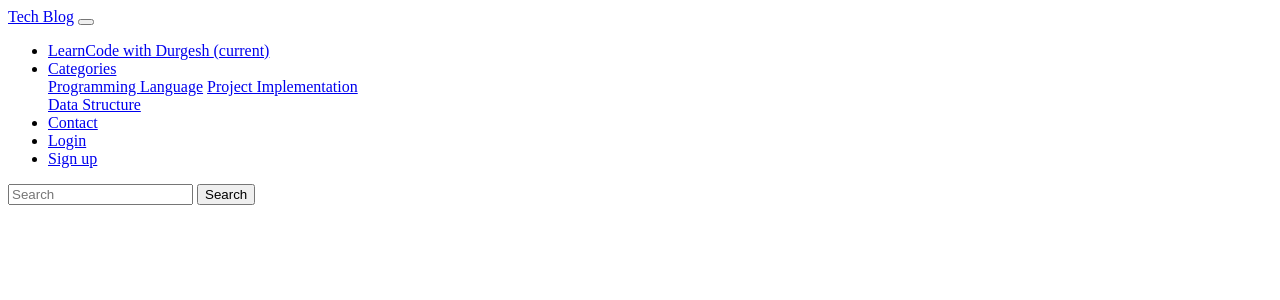
Repository: Tejas-2408/Tech-Blog
Page: http://localhost/Techblog/normal_navbar.jsp
These files come from the project's save history. The page is drawn as it stood at one moment and after the next save; the edit follows.
The browser window is 1280 px wide. The pictures show the whole page.
The page is served by Tomcat 9. Other server files are loaded and not shown.

Above is the page before, as saved 2022-08-04 06:51:16.

### Techblog/WebContent/normal_navbar.jsp
<nav class="navbar navbar-expand-lg navbar-dark primary-background">
    <a class="navbar-brand" href="index.jsp"> <span class="fa fa-asterisk"></span>   Tech Blog</a>
    <button class="navbar-toggler" type="button" data-toggle="collapse" data-target="#navbarSupportedContent" aria-controls="navbarSupportedContent" aria-expanded="false" aria-label="Toggle navigation">
        <span class="navbar-toggler-icon"></span>
    </button>

    <div class="collapse navbar-collapse" id="navbarSupportedContent">
        <ul class="navbar-nav mr-auto">
            <li class="nav-item active">
                <a class="nav-link" href="#"> <span class="	fa fa-bell-o"></span> LearnCode with Durgesh <span class="sr-only">(current)</span></a>
            </li>

            <li class="nav-item dropdown">
                <a class="nav-link dropdown-toggle" href="#" id="navbarDropdown" role="button" data-toggle="dropdown" aria-haspopup="true" aria-expanded="false">
                    <span class="	fa fa-check-square-o"></span> Categories
                </a>
                <div class="dropdown-menu" aria-labelledby="navbarDropdown">
                    <a class="dropdown-item" href="#">Programming Language</a>
                    <a class="dropdown-item" href="#">Project Implementation</a>
                    <div class="dropdown-divider"></div>
                    <a class="dropdown-item" href="#">Data Structure</a>
                </div>
            </li>

            <li class="nav-item">
                <a class="nav-link" href="#"> <span class="	fa fa-address-card-o"></span> Contact</a>
            </li>
            <li class="nav-item">
                <a class="nav-link" href="login_page.jsp"> <span class="fa fa-user-circle "></span> Login</a>
            </li>
            <li class="nav-item">
                <a class="nav-link" href="register_page.jsp"> <span class="fa fa-user-plus "></span> Sign up</a>
            </li>

        </ul>
        <form class="form-inline my-2 my-lg-0">
            <input class="form-control mr-sm-2" type="search" placeholder="Search" aria-label="Search">
            <button class="btn btn-outline-light my-2 my-sm-0" type="submit">Search</button>
        </form>
    </div>
</nav>

After the next save:
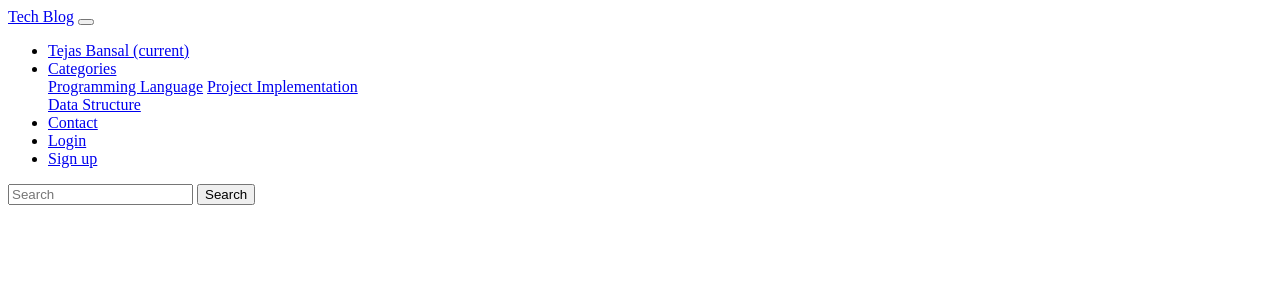
Saved 70 s later.
--- a/Techblog/WebContent/normal_navbar.jsp
+++ b/Techblog/WebContent/normal_navbar.jsp
@@ -7,7 +7,7 @@
     <div class="collapse navbar-collapse" id="navbarSupportedContent">
         <ul class="navbar-nav mr-auto">
             <li class="nav-item active">
-                <a class="nav-link" href="#"> <span class="	fa fa-bell-o"></span> LearnCode with Durgesh <span class="sr-only">(current)</span></a>
+                <a class="nav-link" href="#"> <span class="	fa fa-bell-o"></span> Tejas Bansal <span class="sr-only">(current)</span></a>
             </li>
 
             <li class="nav-item dropdown">
